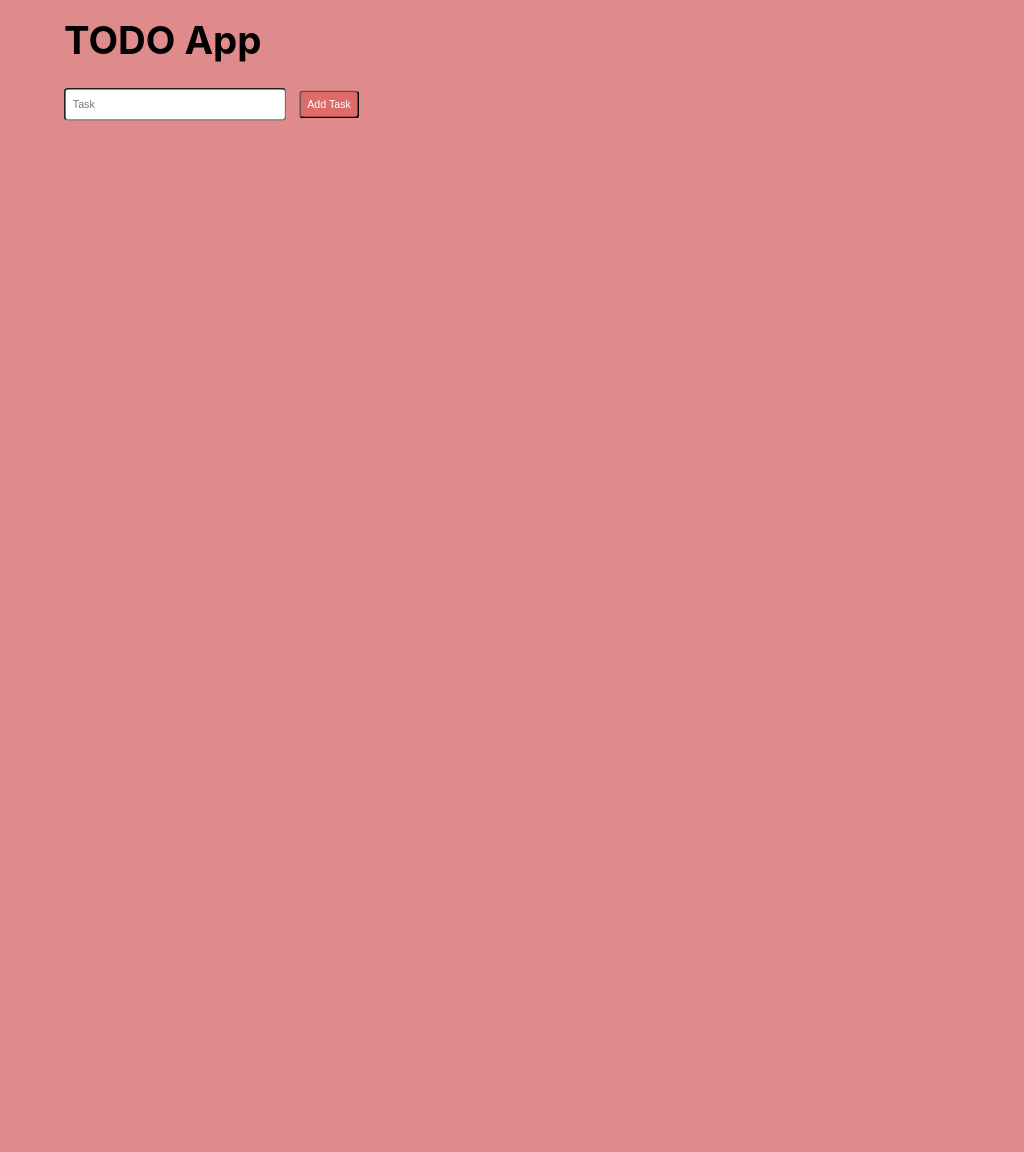
Repository: BhanuKaukuntla/TodoApp
Page: /
The author's editor kept a copy of each file at every save. The page is drawn from the files as they stood at one save, then again after the next save.
The browser window is 1280 px wide. The pictures show the whole page, at 80% of full size.
The project was rebuilt for these pictures with package versions that can differ from the ones it lists, and the page was loaded fresh each time. Also part of the build but not shown: src/components/TodoItem/TodoItem.js.

Above is the page before, as saved 2021-12-04 09:56:04.

### src/index.js
import React from "react";
import ReactDOM from "react-dom";
import "./index.css";
import App from "./App";
import { Provider } from "react-redux";
import store from "./store";
import { PersistGate } from "redux-persist/integration/react";
import { persistor } from "./store";

ReactDOM.render(
  <React.StrictMode>
    <Provider store={store}>
      <PersistGate persistor={persistor}>
        <App />
      </PersistGate>
    </Provider>
  </React.StrictMode>,
  document.getElementById("root")
);

### src/index.css
*{
  margin: 0;
  padding: 0;
  /* font-family: "montserrat",sans-serif; */
  /* box-sizing: border-box; */
}

body {
  margin: 0;
  font-family: -apple-system, BlinkMacSystemFont, "Segoe UI", "Roboto", "Oxygen",
    "Ubuntu", "Cantarell", "Fira Sans", "Droid Sans", "Helvetica Neue",
    sans-serif;
  -webkit-font-smoothing: antialiased;
  -moz-osx-font-smoothing: grayscale;
}

/* code {
  font-family: source-code-pro, Menlo, Monaco, Consolas, "Courier New",
    monospace;
} */
.App {
  /* text-align: center; */
  height: 200vh;
  /* max-height: 100%; */
  /* background-color: #e77a7a; */
  background-color: #df8b8b;
  margin-top: 0%;
  /* position: fixed; */
  width: 100%;
}

.title{
  padding-top: 20px;
  margin-left: 5rem;
  font-size: xxx-large;
}

.todoInput{
  margin-top: 1rem;
  margin-left: 5rem;
  font-size: x-large;
  margin-bottom: 1rem;
  /* width: 5rem; */
}

.form{
  border-radius: 10px;
  font-size: large;
  padding: 15px;
  /* width: 9rem; */
  padding-left: 0;
}

.input{
  border-radius: 5px;
  /* font-size: large; */
  padding: 9px;
  width: 16rem;
  height: 1.2rem;
}

.inputButton{
  margin-left: 1rem;
  padding: 8px;
  border-radius: 5px;
  color: white;
  background-color: #df6a6a;
}

.todoList{
  /* align-items: center; */
  justify-content: space-between;
  display: flex;
  flex-direction: column;
  margin-bottom: 3rem;
}

.todoItem{
  /* padding: 5px;
  background-color: white;
  opacity: 0.8; */
  margin-right: 2rem;
  margin-left: 5rem;
  font-size: x-large;
  display: flex;
  align-items: center;
  justify-content: space-between;
  /* max-width: 20rem; */
  background-color: #ffffff;
  opacity: 0.5;
  margin-top: 1rem;
  border-radius: 5px;
  max-height: 3.4rem;
  /* max-width: 22.5rem; */
  padding: 2px;
  width: 21rem;
  height: 2.9rem;
  color: rgb(0, 0, 0);
  padding-left: 20px;
  font-weight: bold;
}

.editButton{
  /* margin-left: 1rem; */
  /* margin-right: 1px; */
  /* display: none; */
  /* border-radius: 1px; */
  display: inline-block;
  margin-left: auto;
  margin-right: 1rem;
  background-color: white;

}

.editTodo{
  /* align-items: center;
  margin-left: 1rem;
  margin-bottom: 0.5rem;
  margin-right: .5rem;
  padding: 3px; */
  padding: 9px;
  margin-left: 4rem;
  margin-right: auto;
}

.formItem{
  width: 10rem;
  padding: 11px;
  background-color: #fcd7d7;
}

.deleteButton{
  /* margin-left: 1rem; */
  margin-right: 8px;
  /* border-radius: 1px; */
  /* background-color: white;
  color: black; */
}

.icons{
  /* display: flex; */
  /* margin-left: 1rem; */
  /* justify-content: space-between; */
  display: flex-end;
}

### src/App.js
import AddTodo from "./components/AddTodo/AddTodo";
import TodoList from "./components/TodoList/TodoList";
import { useSelector } from "react-redux";
function App() {
  const taskobj = useSelector((state) => state.todos.data);
  return (
    <div className='App'>
      <h1 className="title">TODO App</h1>
      <AddTodo />
      <TodoList />
    </div>
  );
}

export default App;

### src/store.js
import { createStore } from "redux";
import rootReducer from "./reducers";
import { persistStore, persistReducer } from "redux-persist";
import storage from "redux-persist/lib/storage";

const persistConfig = {
  key: "root",
  storage,
};

const persistedReducer = persistReducer(persistConfig, rootReducer);

const store = createStore(
  persistedReducer,
  window.__REDUX_DEVTOOLS_EXTENSION__ && window.__REDUX_DEVTOOLS_EXTENSION__()
);

export const persistor = persistStore(store);

export default store;

### src/components/AddTodo/AddTodo.js
import React, { useState } from "react";
import { useDispatch } from "react-redux";
import { addTodo } from "../../actions";
import cuid from "cuid";

const AddTodo = () => {
  const [tasks, setTasks] = useState("");
  const dispatch = useDispatch();
  function handleInputChange(e) {
    setTasks(e.target.value);
    console.log(tasks);
  }
  function handleFormSubmit(e) {
    e.preventDefault();
    dispatch(addTodo({ task: tasks, id: cuid() }));
    e.target.userInput.value = "";
    console.log(tasks);
  }
  return (
    <div className="todoInput">
      <form className="form" onSubmit={handleFormSubmit}>
      <input
        className="input"
        placeholder="Task"
        type='text'
        name='userInput'
        onChange={(e) => handleInputChange(e)}
      />
      <button className="inputButton" type='submit'>Add Task</button>
     </form>
    </div>
  );
};

export default AddTodo;

### src/components/TodoList/TodoList.js
import React from "react";
import TodoItem from "../TodoItem/TodoItem";
import { useSelector } from "react-redux";

const TodoList = () => {
  const taskobj = useSelector((state) => state.todos.data);
  const taskItems = taskobj.map((task) => {
    return <TodoItem task={task} key={task.id} />;
  });

  return(
     <div className="todoList">
        {taskItems}
    </div>
    )
};

export default TodoList;

### src/reducers/index.js
import { combineReducers } from "redux";
import todos from "./todos";

const rootReducer = combineReducers({
  todos,
});
export default rootReducer;

### src/actions/index.js
import { ADD_TODO, DELETE_TODO, UPDATE_TODO } from "./types";

export const addTodo = (message) => ({
  type: ADD_TODO,
  message,
});

export const deleteTodo = (id) => ({
  type: DELETE_TODO,
  id,
});

export const updateTodo = ({ message, id }) => ({
  type: UPDATE_TODO,
  message,
  id,
});

### src/reducers/todos.js
const initialState = {
  data: [],
};

const todos = (state = initialState, action) => {
  switch (action.type) {
    case "ADD_TODO":
      return {
        ...state,
        data: [...state.data, action.message],
      };
    case "DELETE_TODO":
      return {
        ...state,
        data: [...state.data.filter((todo) => todo.id !== action.id)],
      };
    case "UPDATE_TODO":
      return {
        ...state,
        data: [
          ...state.data.filter((todo) => todo.id !== action.id),
          { task: action.message, id: action.id },
        ],
      };
    default:
      return state;
  }
};

export default todos;

### src/actions/types.js
export const ADD_TODO = "ADD_TODO";
export const DELETE_TODO = "DELETE_TODO";
export const UPDATE_TODO = "UPDATE_TODO";

Loaded but not shown: public/index.html (common file)

After the next save:
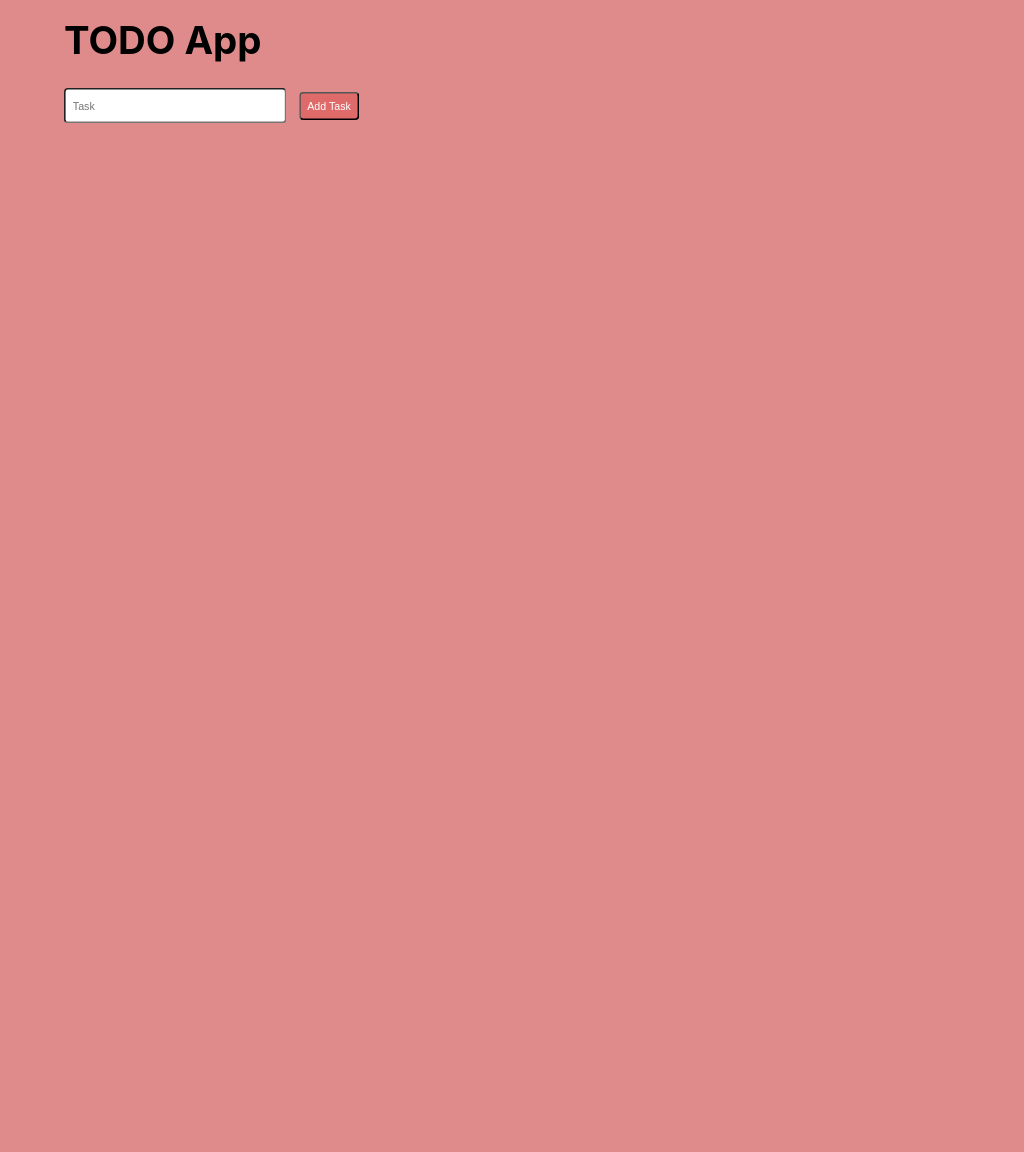
Saved 4 s later.
--- a/src/index.css
+++ b/src/index.css
@@ -56,7 +56,7 @@ body {
   /* font-size: large; */
   padding: 9px;
   width: 16rem;
-  height: 1.2rem;
+  height: 1.4rem;
 }
 
 .inputButton{
